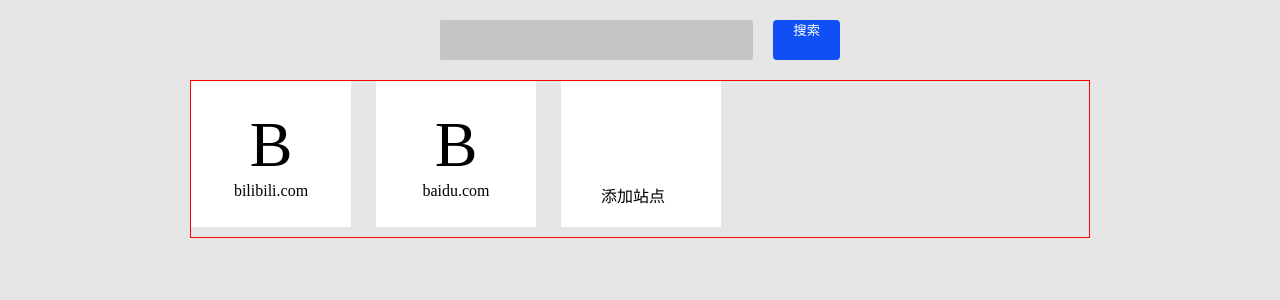
Repository: chenguocan/-
Page: src/index.html
The author's editor kept a copy of each file at every save. The page is drawn from the files as they stood at one save, then again after a run of saves.
The browser window is 1280 px wide. The pictures show the whole page.

Above is the page before, as saved 2020-08-12 15:09:58.

After the next 2 saves:
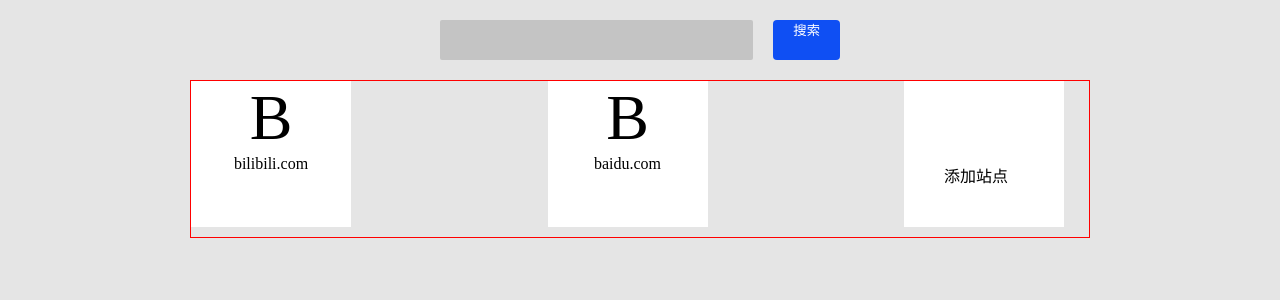
The 2 saves are shown as one change because they came seconds apart.
The last was saved 79 s later.
--- a/src/style.css
+++ b/src/style.css
@@ -68,7 +68,6 @@
         max-width: 900px;
         margin-right: auto;
         margin-left: auto;
-        justify-content: flex-start;
     }
 }
 .siteList .siteBox,.addButton{
@@ -85,6 +84,7 @@
 @media(min-width:500px){
     .siteList .siteBox,.addButton{
         margin-right: 25px;
+        justify-content: flex-start;
     }
 }
 .siteList .siteBox>.logo{

After the save that followed:
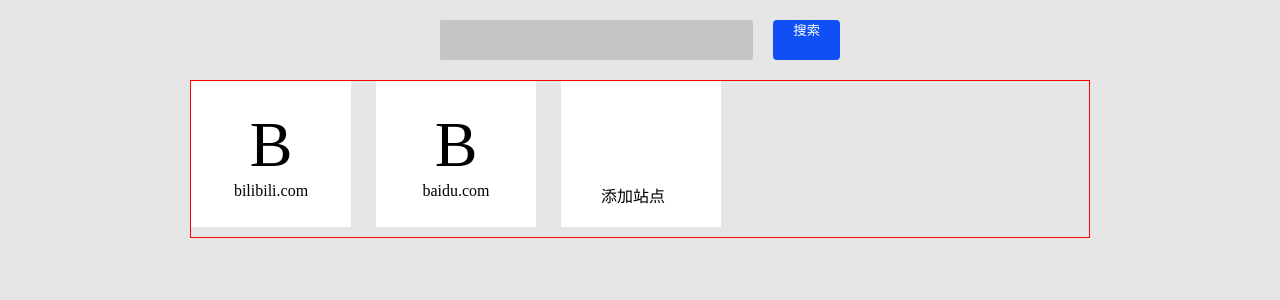
Saved 10 s later.
--- a/src/style.css
+++ b/src/style.css
@@ -66,6 +66,7 @@
 @media (min-width:500px){
     .siteList{
         max-width: 900px;
+        justify-content: flex-start;
         margin-right: auto;
         margin-left: auto;
     }
@@ -84,7 +85,7 @@
 @media(min-width:500px){
     .siteList .siteBox,.addButton{
         margin-right: 25px;
-        justify-content: flex-start;
+
     }
 }
 .siteList .siteBox>.logo{
